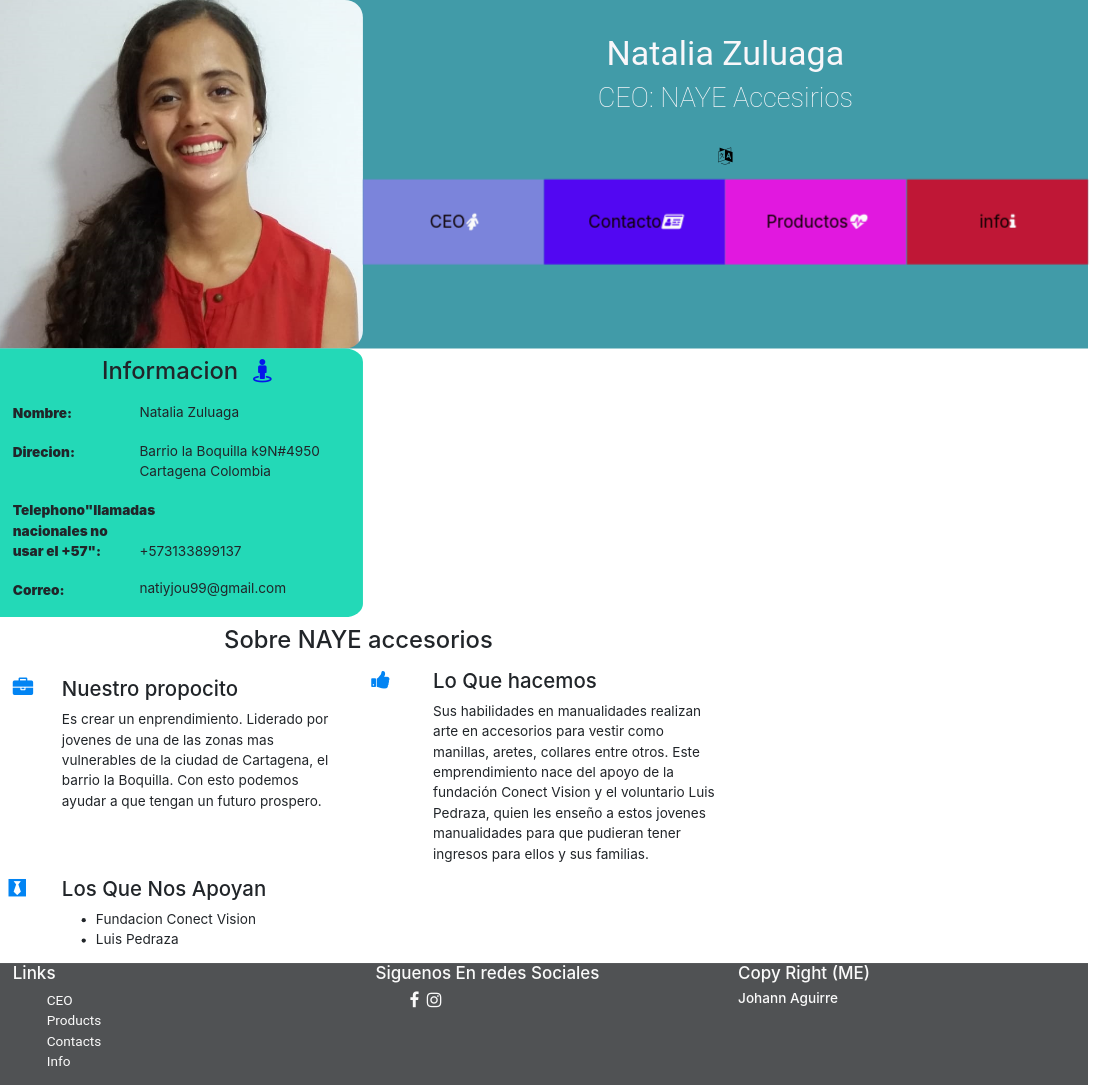
Repository: cachimiro/1-mile-stone-project
Page: index.html
The author's editor kept a record of every edit. The page is drawn from the files as they stood at one moment, then again after the next edit.
The browser window is 1280 px wide. The page is 1295 px wide, so the pictures cover 1295 px, including what lies to the right of the window. The pictures show the whole page, at 85% of full size.
Some web libraries are served in a nearby version.

Above is the page before.

### index.html
<!DOCTYPE html>
<html lang="es">

<head>
    <meta charset="UTF-8">
    <meta name="viewport" content="width=device-width, initial-scale=1.0">
    <meta http-equiv="X-UA-Compatible" content="ie=edge">
    <link rel="stylesheet" href="https://stackpath.bootstrapcdn.com/bootstrap/4.2.1/css/bootstrap.min.css" type="text/css" />
    <link rel="stylesheet" href="https://stackpath.bootstrapcdn.com/font-awesome/4.7.0/css/font-awesome.min.css" type="text/css" />
    <link rel="stylesheet" href="https://cdnjs.cloudflare.com/ajax/libs/hover.css/2.3.1/css/hover-min.css" type="text/css" />
    <link rel="stylesheet" href="css/style.css" type="text/css" />
    <title>NAYE accesirios</title>
</head>

<body>
    <header>
        <div class="row no-gutters">
            <a href="#" class="col-sm logo ">

            </a>

            <div class="col-md-8">
                <div class="row no-gutters">
                    <div class="col heading bg-color-name-title">
                        <h1 class="name">Natalia Zuluaga</h1>
                        <h2 class="title">CEO: NAYE Accesirios</h2>
                        <div class="dropdown">
                            <button class="dropbtn"><i class="fa fa-language"></i></button>
                            <div class="dropdown-content">
                                <a href="index-english.html">English</a>
                            </div>
                        </div>


                    </div>
                </div>
                <div class="row no-gutters inline-block">
                    <div class="col"></div>
                    <ul id="nav" class="list-inline menucontainer">
                        <li class="col-6 col-sm-3 ui-menu-color-ceo list-inline-item menuitem hvr-bounce-to-bottom">
                            <a href="#">CEO<i class="fa fa-ceo hvr-icon" aria-hidden="true"> <span><i class="fas fa-female"></i></span></i>  </a>
                        </li>
                        <li class="col-6 col-sm-3 ui-menu-color-contacto list-inline-item menuitem hvr-bounce-to-bottom">
                            <a href="contactos.html">Contacto<i class="fa fa-contact hvr-icon" aria-hidden="true"> <span><i class="far fa-id-card"></i></span></i>  </a>
                        </li>
                        <li class="col-6 col-sm-3 ui-menu-color-productos list-inline-item menuitem hvr-bounce-to-bottom">
                            <a href="productos.html"> Productos<i class="fa fa-crown hvr-icon" aria-hidden="true"> <span><i class="fas fa-heartbeat"></i></span></i>  </a>
                        </li>
                        <li class="col-6 col-sm-3 ui-menu-color-info list-inline-item menuitem hvr-bounce-to-bottom">
                            <a href="informacion.html">info<i class="fa fa-info hvr-icon" aria-hidden="true"></i>  </a>
                        </li>

                        </li>
                    </ul>

                </div>

            </div>
        </div>
    </header>
    <section class="container-fluid">
        <div class="row">
            <div class="col-md-4 bg-color-personal-info section-column colour-of-infimacion">
                <div class="row">
                    <div class="col-12">
                        <h3 class="section-heading uppercase">Informacion <i class="fa fa-street-view"></i></h3>
                    </div>
                </div>
                 <div class="personal-info-item">
                    <div class="key">
                        <p class="uppercase">
                            Nombre:

                        </p>
                    </div>
                    <div class="value">
                        <p>
                            Natalia Zuluaga

                        </p>
                    </div>
                </div>
                <div class="personal-info-item">
                    <div class="key">
                        <p class="uppercase">
                            Direcion:

                        </p>
                    </div>
                    <div class="value">
                        <p>
                            Barrio la Boquilla k9N#4950 Cartagena Colombia

                        </p>
                    </div>
                </div>
                 <div class="personal-info-item">
                    <div class="key">
                        <p class="uppercase">
                            Telephono"llamadas nacionales no usar el +57":

                        </p>
                    </div>
                    <div class="value">
                        <p class="move-right">
                        +573133899137

                        </p>
                    </div>
                </div>
                 <div class="personal-info-item">
                    <div class="key">
                        <p class="uppercase">
                            Correo:

                        </p>
                    </div>
                    <div class="value">
                        <p>
                            natiyjou99@gmail.com

                        </p>
                    </div>
                </div>
            </div>
            <div class="row">
            <div class="col-md-8 bg-color-three-reasons section-column">
                <div class="row">
                    <div class="col">
                        <h3 class="section-heading uppercase">Sobre NAYE accesorios</h3>
                    </div>
                </div>
                    <div class="row">
                        <div class="col-10 offset-1 offset-sm-0 col-sm-4 col-md-6">
                            <div class="row">
                                <div class="col-2">
                                    <i class=" move-icon three-reasons-icon fa fa-briefcase" aria-hidden="true"></i>
                                </div>
                                <div class="col-10">
                                    <h4 class="three-reasons-heading uppercase add-padding">Nuestro  propocito</h4>
                                    <p> Es crear un enprendimiento. Liderado por jovenes
                                    de una de las zonas mas vulnerables de la ciudad de Cartagena,
                                    el barrio la Boquilla. Con esto podemos ayudar a que tengan un futuro prospero. </p>
                                </div>
                            </div>
                        </div>
                         <div class="col-10 offset-1 offset-sm-0 col-sm-4 col-md-6">
                            <div class="row">
                                <div class="col-2">
                                    <i class="three-reasons-icon fa fa-thumbs-up" aria-hidden="true"></i>
                                </div>
                                <div class="col-10">
                                    <h4 class="three-reasons-heading uppercase">Lo Que hacemos </h4>
                                    <p> Sus habilidades en manualidades realizan arte en accesorios para vestir
                                       como manillas, aretes, collares entre otros. Este emprendimiento
                                       nace del apoyo de la fundación Conect Vision y el voluntario Luis Pedraza,
                                       quien les enseño a estos jovenes manualidades para que pudieran tener ingresos
                                       para ellos y sus familias.</p>
                                </div>
                            </div>
                        </div>
                         <div class="col-10 offset-1 offset-sm-0 col-sm-4 col-md-6">
                            <div class="row">
                                <div class="col-2">
                                    <i class="move-icon-3 three-reasons-icon fa fa-black-tie" aria-hidden="true"></i>
                                </div>
                                <div class="col-10">
                                    <h4 class="three-reasons-heading uppercase">Los Que Nos Apoyan</h4>
                                    <ul>
                                        <li>Fundacion Conect Vision</li>
                                        <li class"add-padding-3">Luis Pedraza</li>
                                    </ul>
                                </div>
                            </div>
                        </div>

                    </div>

            </div>
        </div>
        </div>


    </section>



    <footer class="container-fluid">
        <div id="footer-detail" class="row">
            <div class="col-sm-4">
                <h5 class="uppercase general-sub">Links</h5>
                <p class="inline-block">
                    <ul class="links-footer">
                        <a href="#">
                            <li>
                                CEO
                            </li>
                        </a>
                         <a href="productos.html">
                            <li>
                                Products
                            </li>
                        </a>
                         <a href="contactos.html">
                            <li>
                                Contacts
                            </li>
                        </a>
                         <a href="informacion.html">
                            <li>
                                Info
                            </li>
                        </a>
                    </ul>
                </p>
            </div>
            <div class="col-sm-4">
                <h5 class="uppercase general-sub">Siguenos En redes Sociales</h5>
                <ul class="social-media-icons">
                    <li class="list-inline-item">
                        <a href="https://m.facebook.com/Nayeaccesorio/" target="_blank" class="">
                        <i class="fa fa-facebook" aria-hidden="true"></i>
                        <span class="sr-only">Facebook</span>
                        </a>
                    </li>
                    <li class="list-inline-item"></li>
                    <a href="https://www.instagram.com/nayeaccesorios/" target="_blank" class="">
                         <i class="fa fa-instagram" aria-hidden="true"></i>
                            <span class="sr-only">Instagram</span>
                            </a>
                    </li>
                </ul>
            </div>
             <div class="col-sm-4">
                <h5 class="uppercase general-sub"> Copy Right (ME)</h5>
                <h6>Johann Aguirre</h6>

            </div>
        </div>


    </footer>
</body>

</html>

### css/style.css
@import url('https://fonts.googleapis.com/css?family=Roboto+Slab&display=swap');
/*----------colours*/

header {
    margin: 0;
    background-color: #419ba8;
    color: #f9f7fa;


}

.bg-color-name-title {
    padding-top: 30px;
}


.ui-menu-color-ceo {
    background-color: #7b84db;
    transition: all .5s ease-in-out;
    -moz-transition: all .5s ease-in-out;
    -webkit-transition: all .5s ease-in-out;


}

.ui-menu-color-contacto {
    background-color: #5207f2;
    transition: all .5s ease-in-out;
    -moz-transition: all .5s ease-in-out;
    -webkit-transition: all .5s ease-in-out;

}

.ui-menu-color-productos {
    background-color: #e118df;
    transition: all .5s ease-in-out;
    -moz-transition: all .5s ease-in-out;
    -webkit-transition: all .5s ease-in-out;

}

.ui-menu-color-info {
    background-color: #bf1736;
    transition: all .5s ease-in-out;
    -moz-transition: all .5s ease-in-out;
    -webkit-transition: all .5s ease-in-out;

}

/*---------------sosial links colors*/

.social-links i {
    color: black;
}

/*-------------------heading, decoration*/

.list-inline-item:not(:last-child) {
    margin: 0;
}

.bg-color-name-title {
    padding-top: 30px;
    font-family: "roboto", sans-serif;
    text-align: center;
}

.title {
    font-weight: 200;
    padding-bottom: 15px;
}

.name {
    font-weight: 400;
    padding-top: 10px;
}





i {
    color: #fafafa;

}

.inline-block {
    display: inline;
}

a {
    color: #0d0101;
}

a:hover {
    text-decoration: none;
    color: #fafafa;
}

.logo {
    background: url("../photo/natalia.jpg");
    background-position: center;
    background-repeat: no-repeat;
    background-size: cover;
    height: 410px;
    width: 370px;
    border-top-right-radius: 5%;
    border-bottom-right-radius: 5%;
    transition: all .5s ease-in-out;
    -moz-transition: all .10s ease-in-out;
    -webkit-transition: all .10s ease-in-out;
}

.menucontainer{
 font-size: 0;
}
#nav li {
    font-size: 20px;
    padding: 0;

}

.menuitem {
    line-height: 100px;
    text-align: center;

}


/*----------------drop down button*/

.dropbtn {
    background-color: transparent;
    color: #222020;
    padding: 16px;
    font-size: 12px;
    border: none;
}

.dropdown i {
    color: #000000;
    font-size: 20px;
}

.dropdown {
    position:static;
    display: inline-block;
    text-align: right;

}

.dropdown-content {
    display: none;
    position: absolute;
    background-color: #fafafa;
    min-width: 16px;
    box-shadow: 0px 8px 16px 0px rgba(0, 0, 0, 0.2);
    z-index: 1;
    border-radius: 20%;
}

.dropdown-content a {
    color: #000000;
    padding: 12px 16px;
    text-decoration: none;
    display: block;
}

.dropdown-content a:hover {
    background-color: #eb1e03;
    border-radius: 50%;


}

.dropdown:hover .dropdown-content {
    display: block;
}

.dropdown:hover .dropbtn {
    background-color: none;


}

/*-----------------------------section personal informtion informacion*/

.section-heading{
    padding: 10px;
    text-align: center;
}
.add-padding {
    padding-top: 10px;
}

.add-padding-3 {
    padding-bottom: 50px;
}

.move-icon {
    padding-left: 15px;
    padding-top: 10px;
}

.move-icon-3 {
    padding-left: 10px
}

.three-reasons-icon {
    color: #0284f3;
    font-size: 24px;

}

.colour-of-infimacion {
    background-color: #23d9b7;
    border-top-right-radius: 5%;
    border-bottom-right-radius: 5%;
}


.personal-info-item {
    margin-bottom: 20px;
    display: block;
    clear: both;

}

.col-md-4 {
    padding-right: 0;
}

.personal-info-item .key,
.personal-info-item .value {
    padding-right: 8px;
    display: inline-block;

}

.personal-info-item .key p,
.personal-info-item .value p {
    margin: 0;
}

.move-right {
    padding-top: 50px;
}

.personal-info-item .key {
    width: 30%;
    margin-right: 21px;
    padding-top: 2px;
    vertical-align: top;
}

.personal-info-item .key p {
    font-weight: 900;

}

.personal-info-item .value {
    position: relative;
    width: 60%;
}

/*----------------------------section icons*/

h3 i {
    color: #0517ea;
    padding-left: 10px;
}

/*---------------------footer links*/

.links-footer {
    font-family: "roboto", sans-serif;
    padding-right: 250px;



}

.links-footer li {
    color: #fafafa;
    text-decoration: none;
    list-style-type: none;
}

.links-footer li:hover {
    color: #e80c0c;


}

/*-----------------------footer*/

.social-media-icons i {
    color: #fafafa;
    text-align: center;
    font-size: 20px;


}

.social-media-icons i:hover {
    background-color: #e80c0c;
    border-radius: 50%;
    height: 30px;
    width: 30px;
    padding-top: 5px;
    transition-duration: 1s;



}

footer {
    background-color: #505254;
    margin: 0;
    color: #fafafa;


}




/*---------------------------------productos.html*/

/*------------------------------header*/

.productos-html {
     background:url("../photo/cano.jpg");
     background-repeat: none;
}

.bg-color-photo-section{
    background:url("../photo/cano.jpg");
    background-repeat: none;
}
.logo-2 {
    text-align: center;
    top: -56px;
    background-repeat: no-repeat;
    width: 280px;
    height: 280px;
    margin: 0px;
    padding: 0px;
    background-color: #499aa5;
    transition: all 2s ease-in-out;
    -moz-transition: all 2s ease-in-out;
    -webkit-transition: all 2s ease-in-out;
}


.nowrap {
    flex-wrap: wrap-reverse;
}

/*--------------------------------------------section*/

/*----------------------------------image*/

.photo-adjust {
    margin: 0;
    padding: 0;
    display: block;
    top: -21px;
    line-height: 20px;


}
.photo-1{
    border-radius: 50%;
     -webkit-transition: border-radius 2s;
  transition: border-radius 2s;
}
.photo-1:hover{
  border-radius: 0;
  transition-duration: 1s;

}



.dropdown-links {
    line-height: 100px;
    text-align: center;

}
.dropbtn-links{
    top: -56px;
    padding: 0;
    margin: 0;
}
/*--------------------------hover image information*/
.font-style{
    color: #111111;
    font-family: "roboto", sans-serif;
    font-weight: 600;
    text-align: center;
    text-shadow: 2px 2px #28c7db;
    padding: 10px;
}
/*-------------------------drop-down-button-2*/
.dropdown-2{
    position: static;
    right: -500px;
    top:13;
    z-index: 1;

}
.dropbtn-2 {
    background-color: transparent;
    color: #222020;
    padding: 16px;
    font-size: 12px;
    border: none;
}

.dropdown-2 i {
    color: #222020;
    font-size: 20px;
}




.dropdown-content-2 {
    display: none;
    position: absolute;
    background-color: #fafafa;
    min-width: 16px;
    box-shadow: 0px 8px 16px 0px rgba(0, 0, 0, 0.2);
    z-index: 1;
    border-radius: 20%;
}

.dropdown-content-2 a {
    color: #000000;
    padding: 12px 16px;
    text-decoration: none;
    display: block;
}

.dropdown-content-2 a:hover {
    background-color: #eb1e03;
    border-radius: 50%;


}

.dropdown-2:hover .dropdown-content-2 {
    display: block;
}

.dropdown-2:hover .dropbtn-2 {
    background-color: #3fbec8;


}
/*------------------------------------contactos.html*/
.bg-color-lightblue{
    background-color: #fafafa;
}
.logo-3{
     text-align: center;
    top: -56px;
    background-repeat: no-repeat;
    width: 280px;
    height: 300px;
    margin: 0px;
    padding: 0px;
    position: static;
    background-color: #499aa5;
    transition: all 2s ease-in-out;
    -moz-transition: all 2s ease-in-out;
    -webkit-transition: all 2s ease-in-out;
}
.menuitem-1{
    line-height: 100px;
    text-align: center;
}
/*---------------------------------contact form*/
.contact-firm{
    text-align: center;
    font-size: 40px;
    font-weight: 200;
    font-family: "roboto" ,sans-serif;
    padding: 20px;
    color: #000000;

}
input[type=email]{
    width: 30%;
    border-radius: 4px;
    margin-bottom: 10px;
    padding: 10px;
    border:1px solid #cccccc;
}
input[type=text], select, textarea {
  width: 30%;
  padding: 12px;
  border: 1px solid #cccccc;
  border-radius: 4px;
  box-sizing: border-box;
  margin-top: 6px;
  margin-bottom: 16px;
  resize: vertical;
}

input[type=submit] {
  background-color: #b84bff;
  color: #fafafa;
  padding: 12px 20px;
  border: none;
  border-radius: 4px;
  cursor: pointer;
}

input[type=submit]:hover {
  background-color: #5009ff;
}

.container-6 {
  border-radius: 5px;
  background-color:#cacaca;
  padding: 20px;
}
/*--------------------------------info.html*/

.progress{
    border-radius: 10px;
}

.progress-bar{
    background-color: #122a2f;
}

.info-header{
    background-color: #419ba8;
}
.logo-4{
     text-align: center;
    top: -56px;
    background-repeat: no-repeat;
    width: 280px;
    height: 300px;
    margin: 0px;
    padding: 0px;
    position: static;
}
.menuitem-3{
    line-height: 100px;
    text-align: center;
    display: static;
    top: -20px;
}
.colour-section{
    background-color: #fafafa;
    color: #000000;
}
/*------------------------------media querys*/
@media  (max-width : 400px){
    section{
  background-color: #5d84a6;
  color:#fafafa;

}
}
@media  (max-width : 450px){
     section .colour-of-infimacion{
       border-radius: 0;
    }
}
@media (max-width : 450px){
    header .logo{
        border-radius: 0;
        width: 100%;
    }
}
@media (max-width : 450px){
    header .menuitem{
        border-radius: 0;
    }

}

After the next edit:
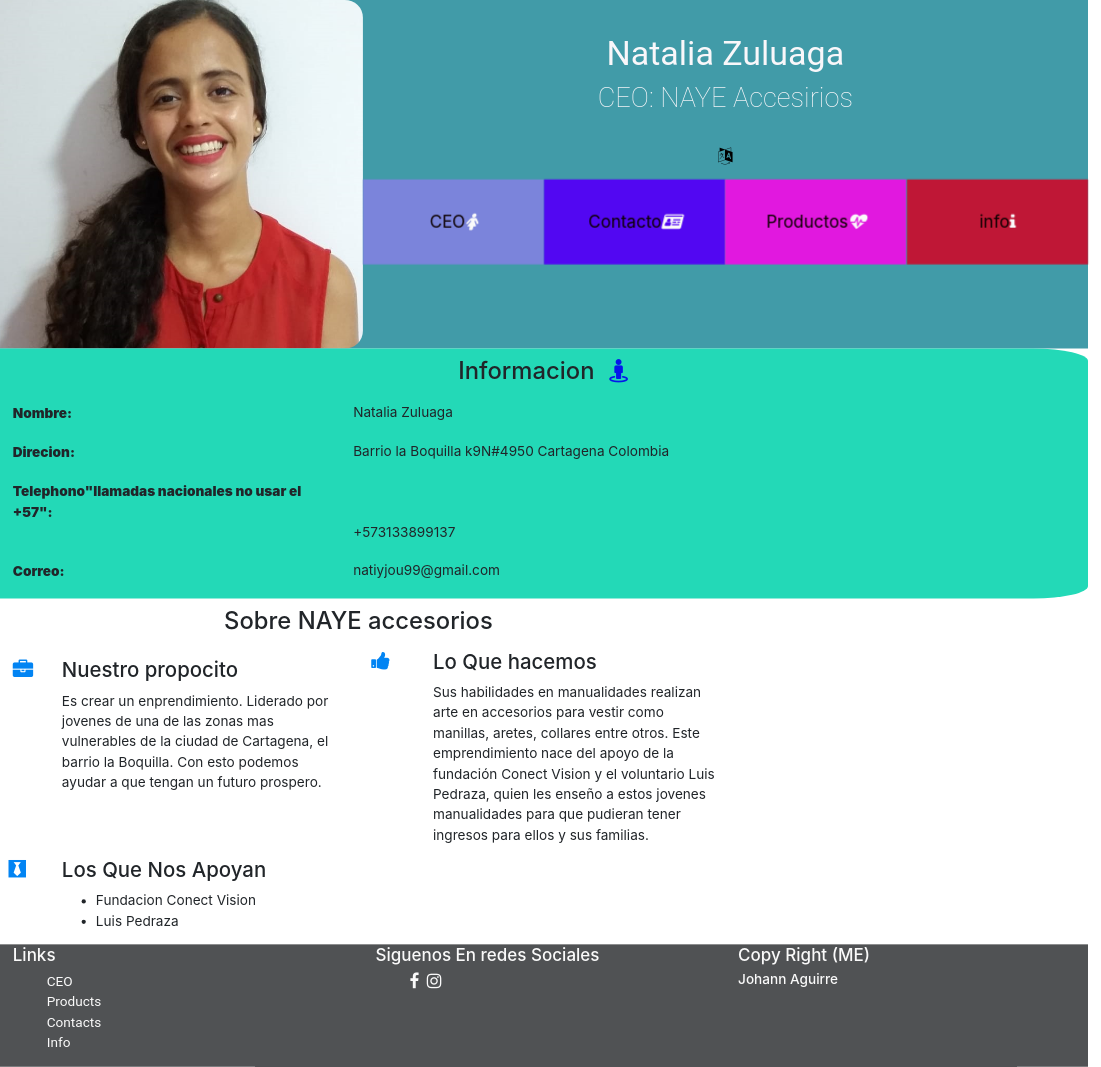
The edit:
--- a/index.html
+++ b/index.html
@@ -60,7 +60,7 @@
     </header>
     <section class="container-fluid">
         <div class="row">
-            <div class="col-md-4 bg-color-personal-info section-column colour-of-infimacion">
+            <div class="col bg-color-personal-info section-column colour-of-infimacion">
                 <div class="row">
                     <div class="col-12">
                         <h3 class="section-heading uppercase">Informacion <i class="fa fa-street-view"></i></h3>
